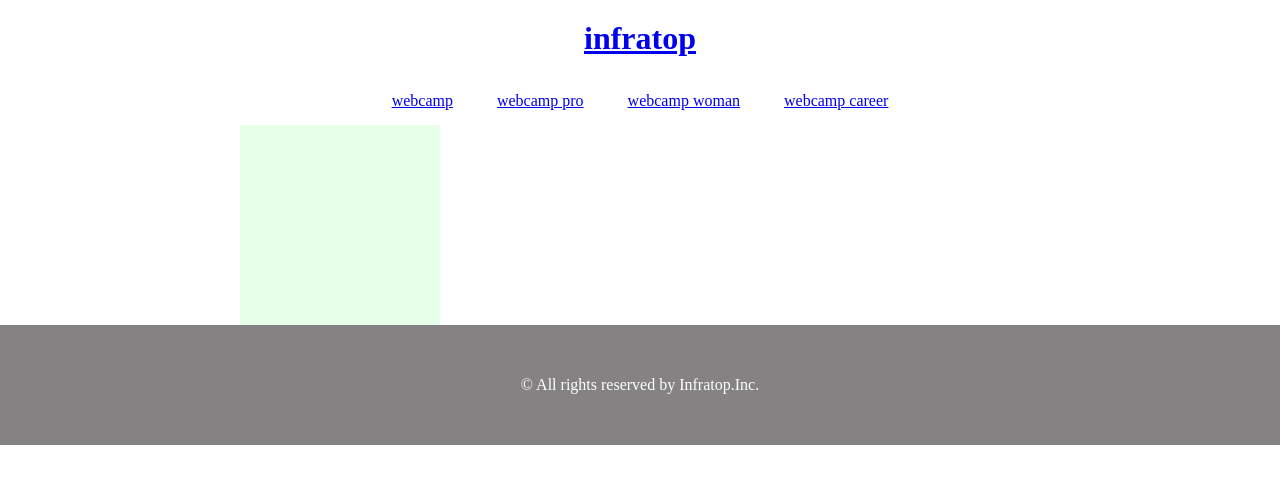
Repository: achoko3/Practice-problem
Page: chapter4/chapter4.html
The author's editor kept a record of every edit. The page is drawn from the files as they stood at one moment, then again after the next edit.
The browser window is 1280 px wide. The pictures show the whole page.

Above is the page before.

After the next edit:
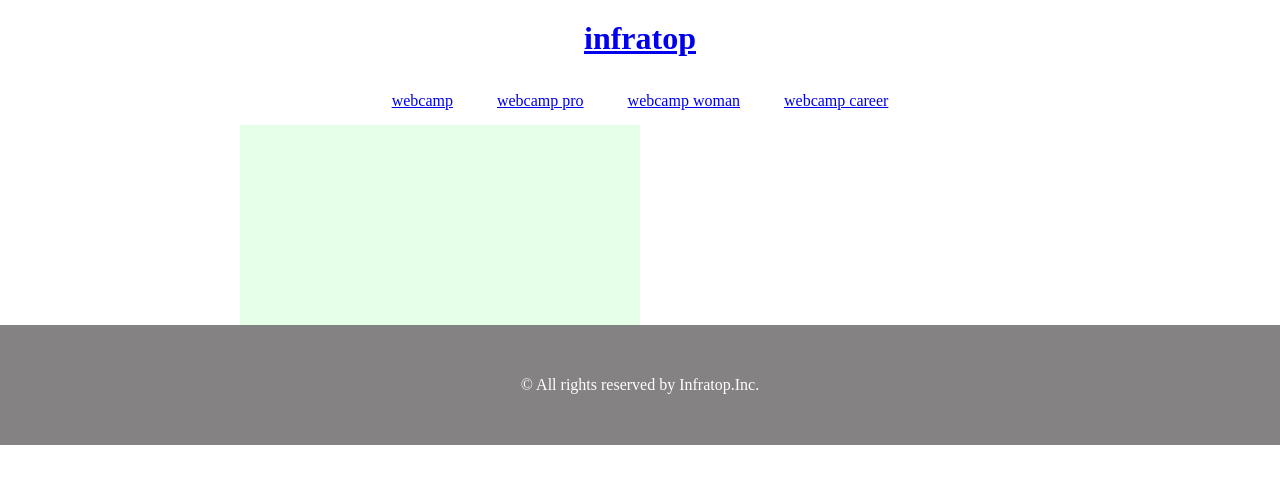
The edit:
--- a/chapter4/chapter4.css
+++ b/chapter4/chapter4.css
@@ -40,7 +40,7 @@
   background-color:#e6ffe9;
 }
 
-.box1{
+.box2{
   width:200px;
   height:200px;
   background-color:#e6ffe9;
